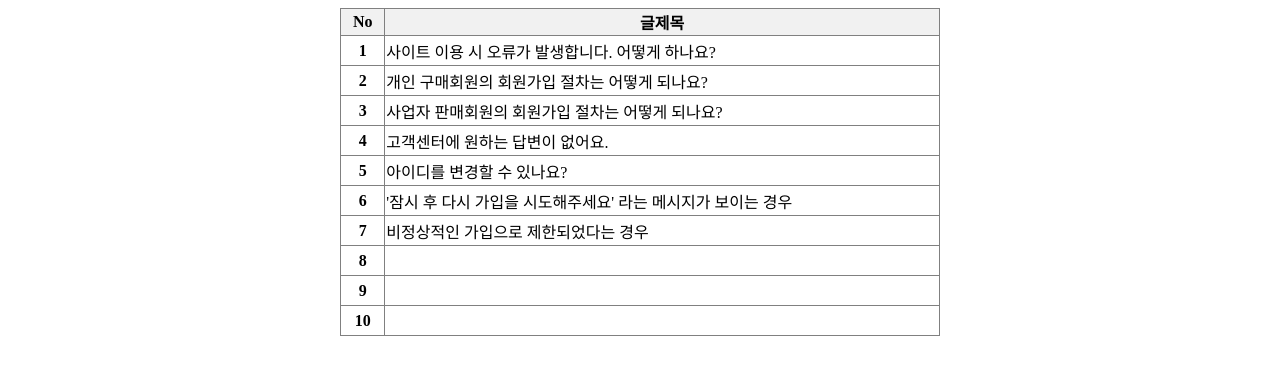
Repository: fellownew/project_workspace
Page: http://localhost/shoppingmall/WEB-INF/view/body/center/center_list.jsp
An editor plug-in stored every save of this project. The page is shown before and after the next save, followed by the edit.
The browser window is 1280 px wide. The pictures show the whole page.
The page is served by Tomcat 9. Nobody is signed in. The template is opened directly, without the code that normally fills it, so the values that code supplies are empty.

Above is the page before, as saved 2015-06-16 06:04:49.

After the next save:
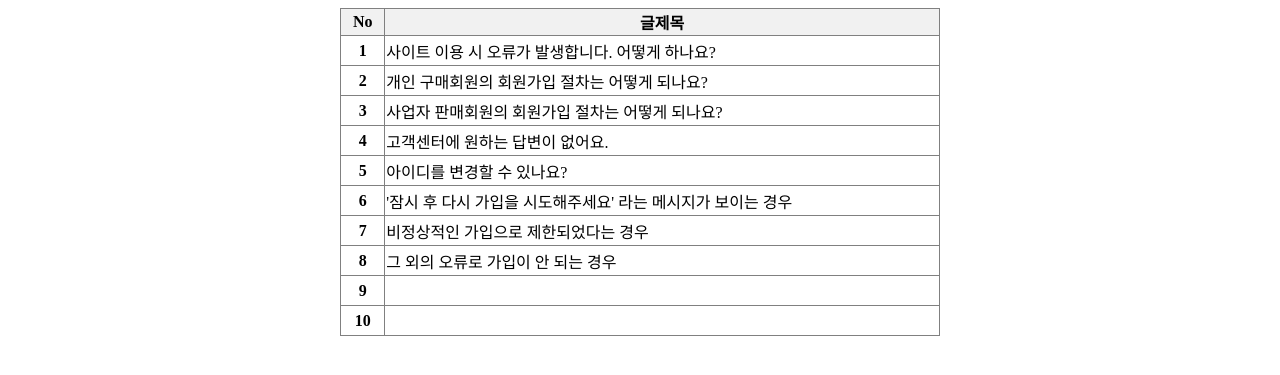
Saved 34 s later.
--- a/shoppingmall/WebContent/WEB-INF/view/body/center/center_list.jsp
+++ b/shoppingmall/WebContent/WEB-INF/view/body/center/center_list.jsp
@@ -205,7 +205,8 @@ $(document).ready(function(){
 	</tr>
 	<tr id="8" value="1">
 	<th>8</th>
-	<td><!-- 제목입력 -->
+	<td>
+	그 외의 오류로 가입이 안 되는 경우
 	</td>
 	</tr>
 	<tr id="8_ex" class="explain">
